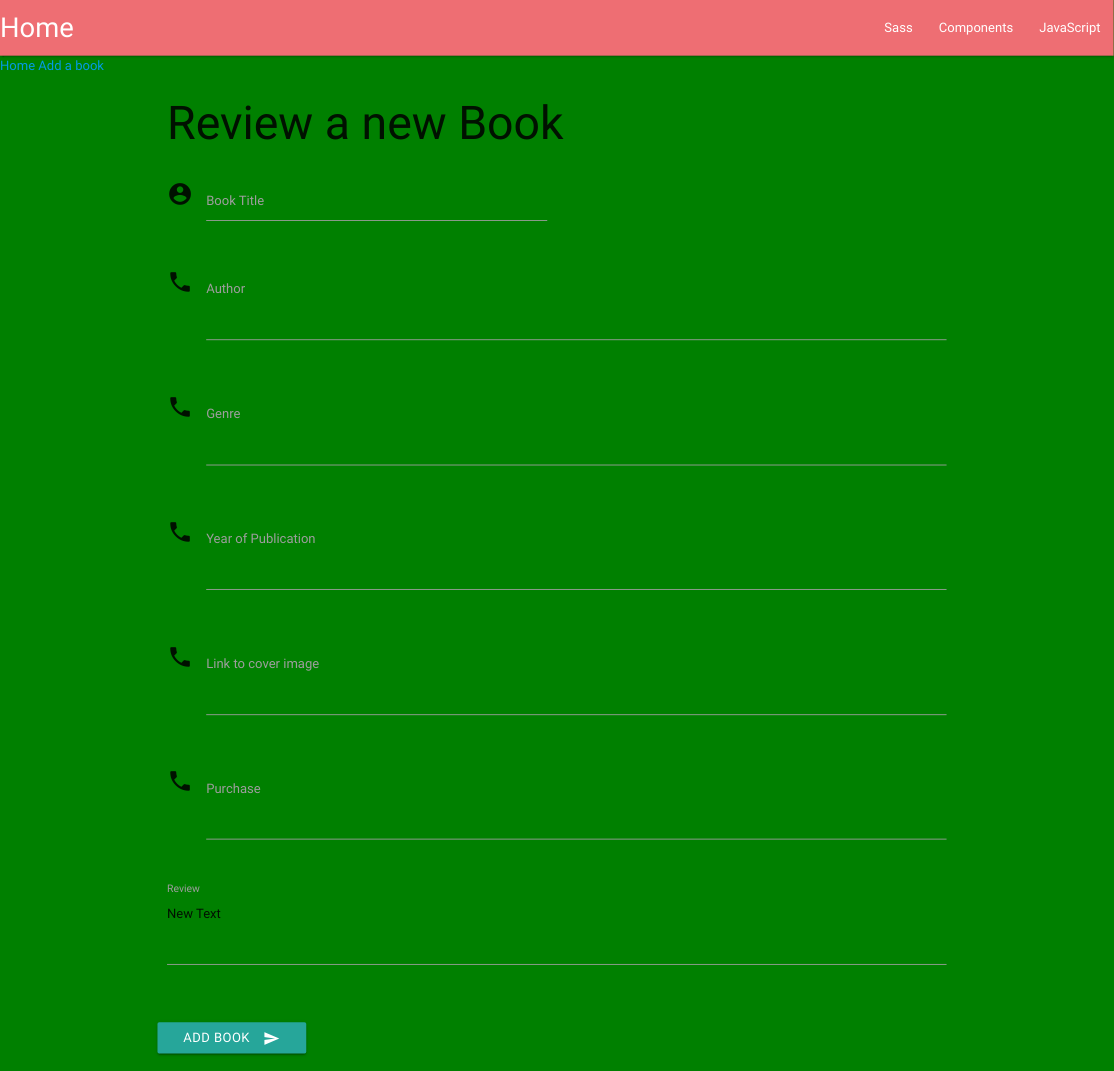
Repository: h8130084/bookReview
Page: http://localhost/add_book
The author's editor kept a record of every edit. The page is drawn from the files as they stood at one moment, then again after the next edit.
The browser window is 1280 px wide. The pictures show the whole page, at 87% of full size.
Some web libraries are served in a nearby version. The page is served by the project's application, run on Flask 3 (app.py).

Above is the page before.
Console error: ReferenceError: M is not defined

After the next edit:
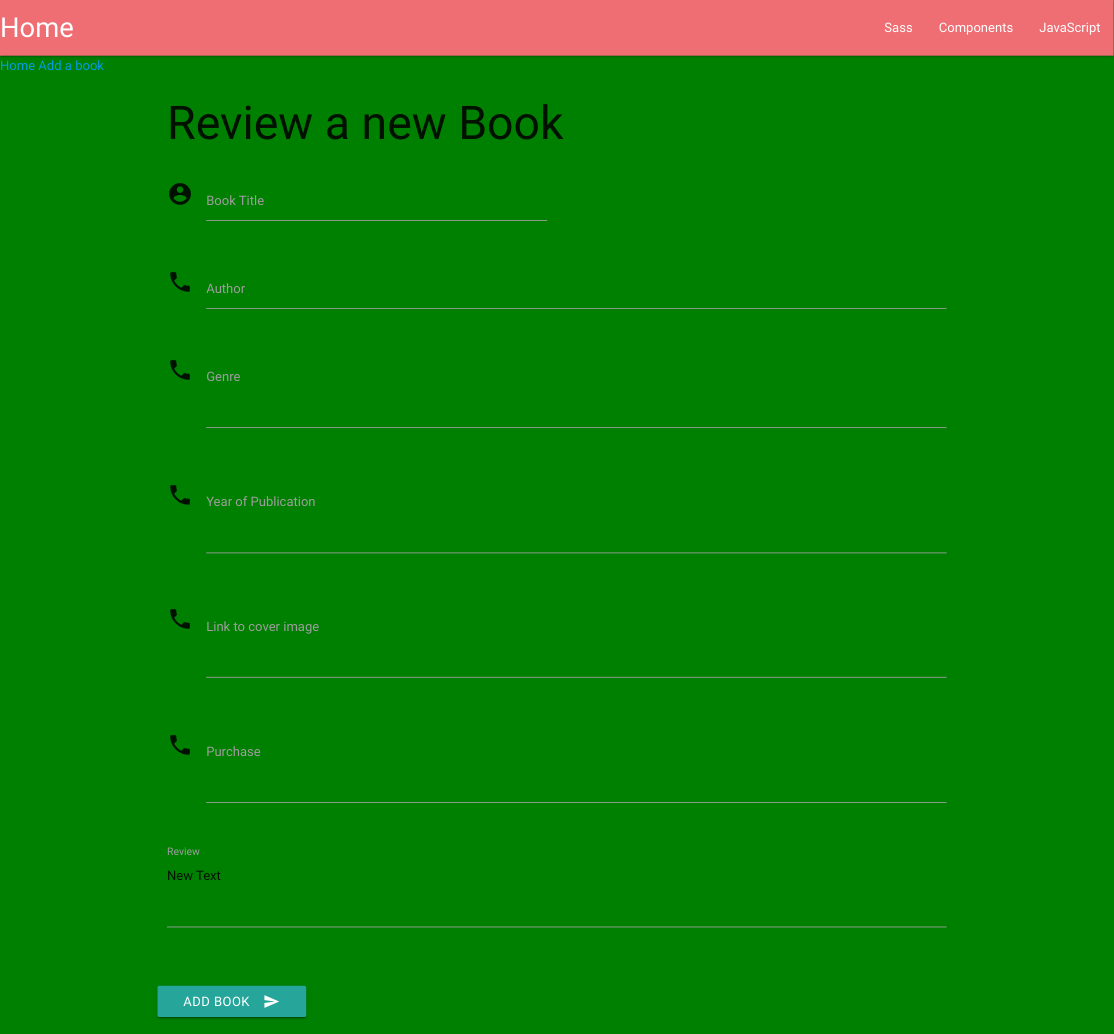
The edit:
--- a/templates/addbook.html
+++ b/templates/addbook.html
@@ -15,7 +15,7 @@
         <div class="row">
             <div class="input-field col s12">
                 <i class="material-icons prefix">phone</i>
-                <textarea name="Author" id="Author" class="materialize-textarea"></textarea>
+                <input name="Author" id="Author" class="materialize-textarea">
                 <label for="icon_telephone">Author</label>
             </div>
         </div>
